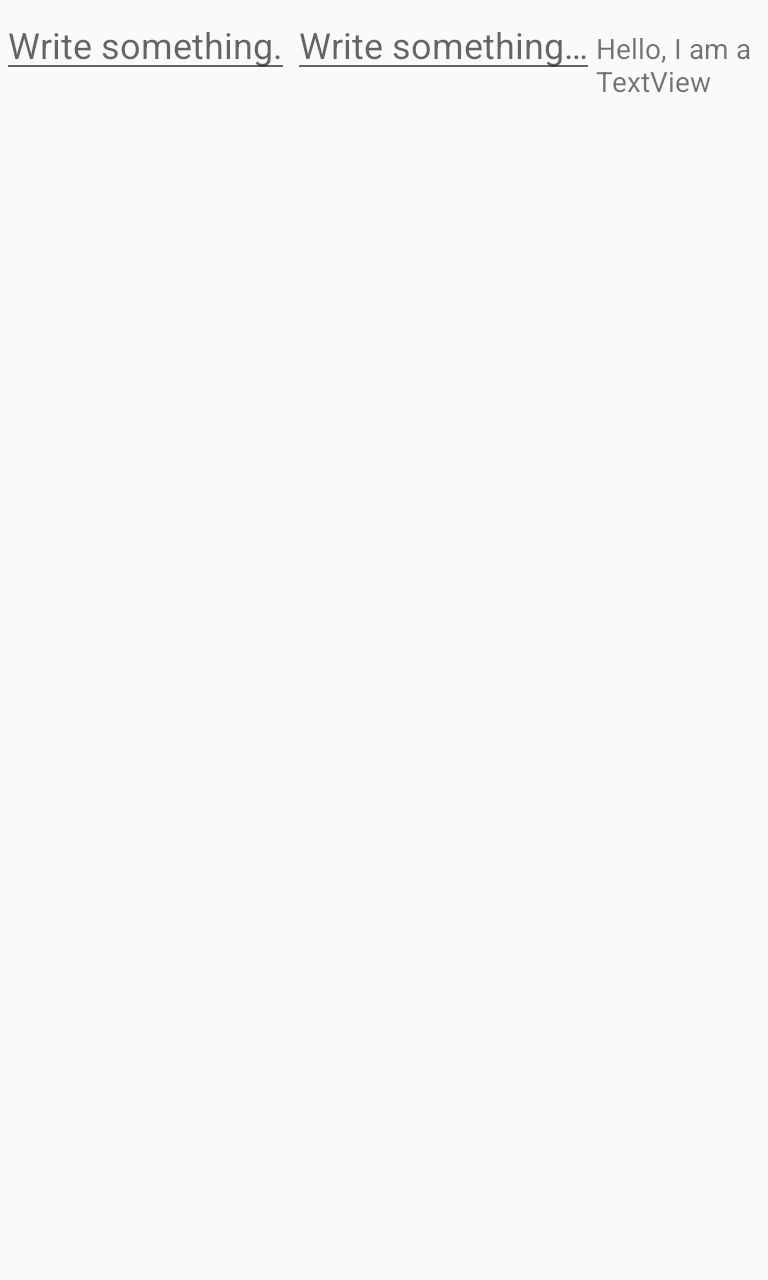
Repository: SVasilev/TimeWaste
Layout: TimeWaste/res/layout/activity_time_waste.xml
These files come from the project's save history. The layout is drawn as it stood at one moment and after a run of saves; the edit follows.
It is drawn on a 768 x 1280 px phone screen (xhdpi) without system bars, with theme AppTheme; the app's code is not run.

Above is the layout before, as saved 2014-07-18 23:13:29.

### TimeWaste/res/layout/activity_time_waste.xml
<LinearLayout xmlns:android="http://schemas.android.com/apk/res/android"
    xmlns:tools="http://schemas.android.com/tools"
    android:layout_width="match_parent"
    android:layout_height="match_parent"
    android:orientation="horizontal" >

    <EditText android:id="@+id/edit_message"
        android:layout_width="wrap_content"
        android:layout_height="wrap_content"
        android:hint="@string/edit_message" />

    <EditText android:id="@+id/std_message"
        android:layout_width="wrap_content"
        android:layout_height="wrap_content"
        android:hint="@string/std_message" />

    <TextView
        android:id="@+id/text"
	    android:layout_width="wrap_content"
	    android:layout_height="wrap_content"
	    android:text="Hello, I am a TextView" />

</LinearLayout>

### TimeWaste/res/values/strings.xml
<?xml version="1.0" encoding="utf-8"?>
<resources>

    <string name="app_name">TimeWaste</string>
    <string name="edit_message">Write something.</string>
    <string name="std_message">Write something&#8230; </string>
    <string name="action_settings">Settings</string>

</resources>

Loaded but not shown: TimeWaste/res/values/styles.xml (common file); TimeWaste/res/values-v11/styles.xml (common file); TimeWaste/res/values-v14/styles.xml (common file)

After the next 2 saves:
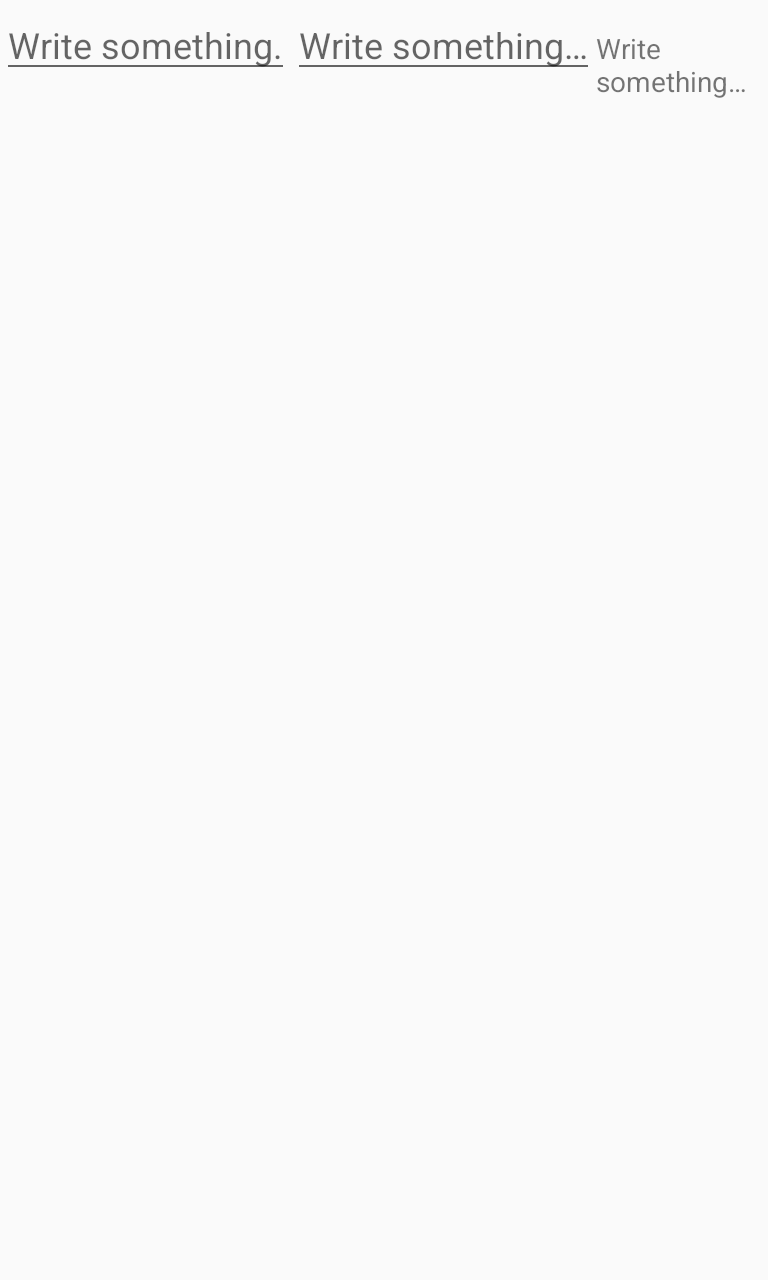
The 2 saves are shown as one change because 1 did not build or start.
The last was saved 24 s later.
--- a/TimeWaste/res/layout/activity_time_waste.xml
+++ b/TimeWaste/res/layout/activity_time_waste.xml
@@ -18,6 +18,6 @@
         android:id="@+id/text"
 	    android:layout_width="wrap_content"
 	    android:layout_height="wrap_content"
-	    android:text="Hello, I am a TextView" />
+	    android:text="@string/edit_text_text" />
 
 </LinearLayout>
--- a/TimeWaste/res/values/strings.xml
+++ b/TimeWaste/res/values/strings.xml
@@ -4,6 +4,7 @@
     <string name="app_name">TimeWaste</string>
     <string name="edit_message">Write something.</string>
     <string name="std_message">Write something&#8230; </string>
+    <string name="edit_text_text">Write something&#8230; </string>
     <string name="action_settings">Settings</string>
 
 </resources>
